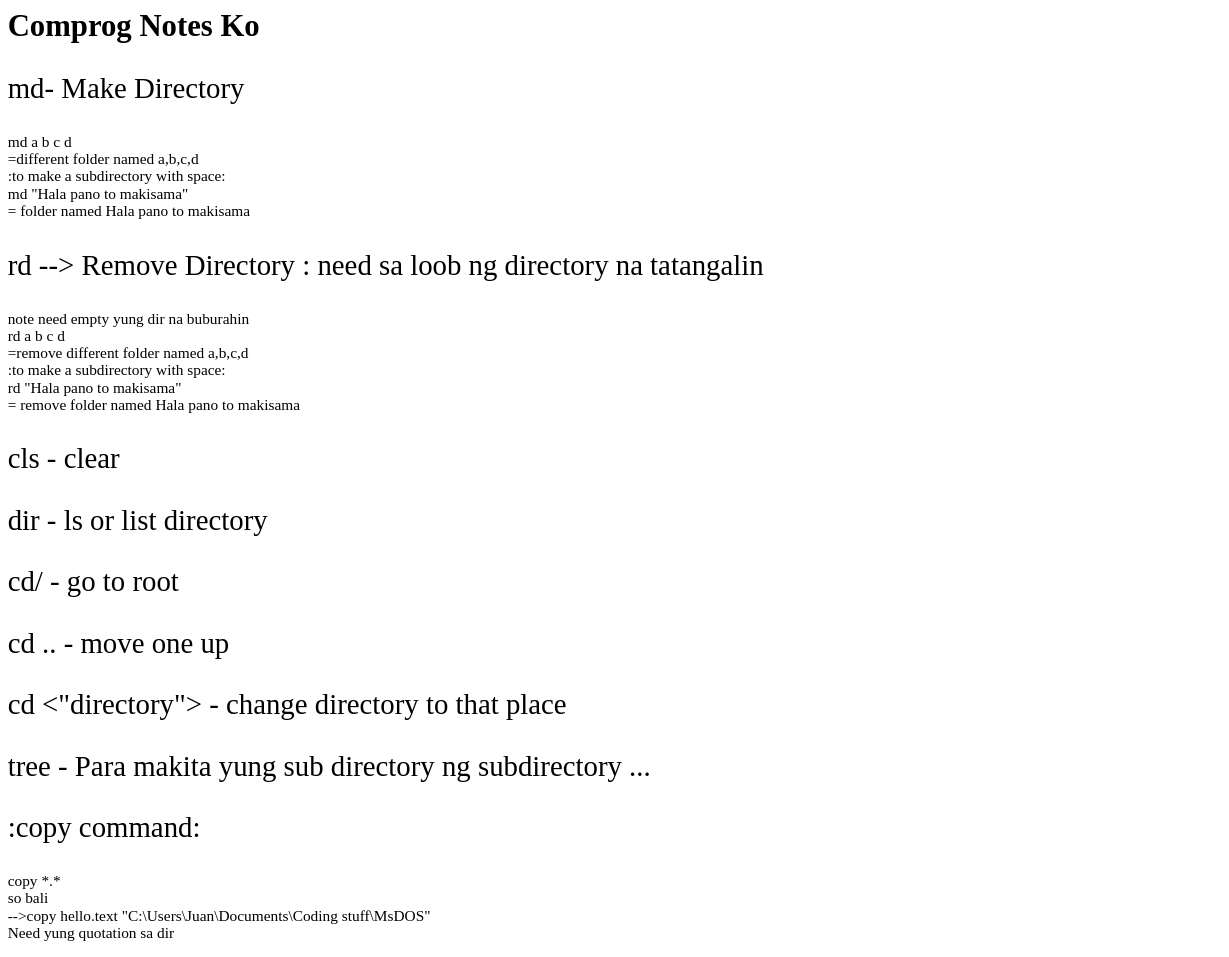
Repository: zwainer/Comprog
Page: index.html
An editor plug-in stored every save of this project. The page is shown before and after a run of saves, followed by the edit.
The browser window is 1280 px wide. The pictures show the whole page, at 96% of full size.

Above is the page before, as saved 2023-05-04 08:38:03.

### index.html
<html>
	<head>
		<link rel="stylesheet" href="index.css">
	</head>
	<h1>Comprog Notes Ko</h1>
<p class="StartCommand">md- Make Directory <br/></p>
	md a b c d  <br/>
		=different folder named a,b,c,d<br/>

	:to make a subdirectory with space:<br/>

	md "Hala pano to makisama"<br/>
		= folder named Hala pano to makisama<br/>

<p class="StartCommand">rd --> Remove Directory : need sa loob ng directory na tatangalin<br/></p>

	note need empty yung dir na buburahin<br/>

rd a b c d <br/>
		=remove different folder named a,b,c,d<br/>

	:to make a subdirectory with space:<br/>

	rd "Hala pano to makisama"<br/>

		= remove folder named Hala pano to makisama	<br/>


<p class="StartCommand">cls - clear<br/></p>

<p class="StartCommand">dir - ls or list directory<br/></p>

<p class="StartCommand">cd/ - go to root<br/></p>

<p class="StartCommand">cd .. - move one up<br/></p>

<p class="StartCommand">cd <"directory"> - change directory to that place<br/></p>

<p class="StartCommand">tree - Para makita yung sub directory ng subdirectory ...<br/></p>

<p class="StartCommand">:copy command:<br/></p>

copy *.*<br/>

	so bali <br/>
		-->copy hello.text "C:\Users\Juan\Documents\Coding stuff\MsDOS"<br/>
			Need yung quotation sa dir<br/>


		</p>
</html>

### index.css
.StartCommand{
    font-size: 30px;
    font-weight: ;
}

After the next 2 saves:
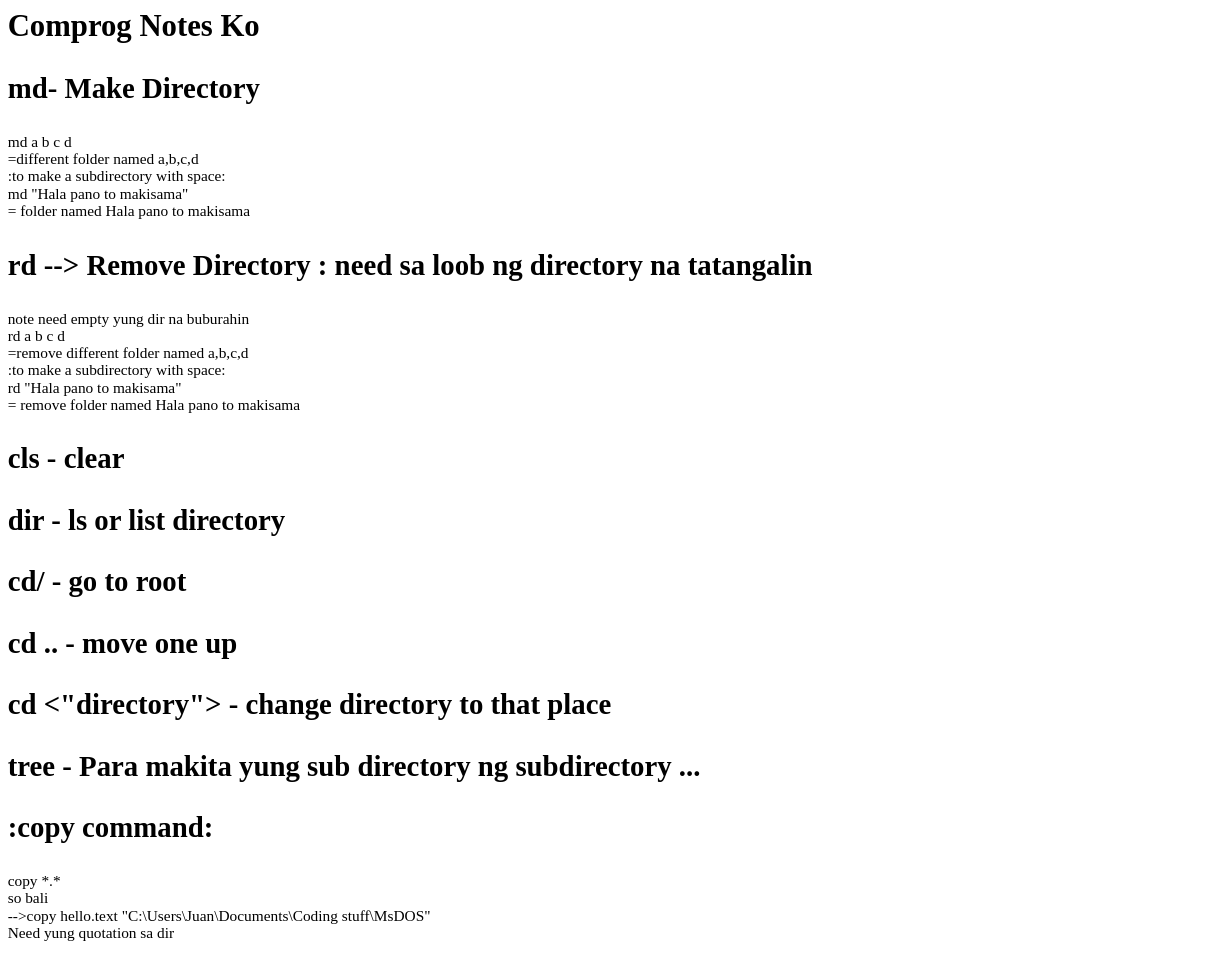
The 2 saves are shown as one change because they came seconds apart.
The last was saved 6 s later.
--- a/index.css
+++ b/index.css
@@ -1,4 +1,5 @@
 .StartCommand{
     font-size: 30px;
-    font-weight: ;
+    font-family: ;
+    font-weight: bold;
 }
